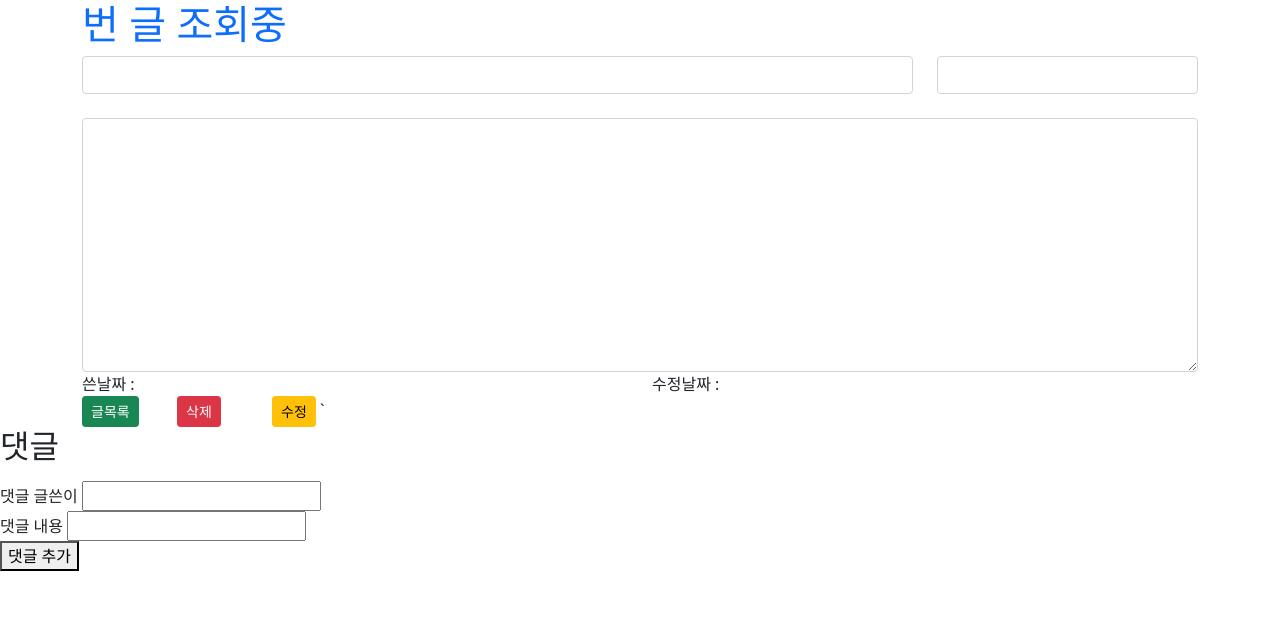
Repository: lee-ruru/spring_1
Page: http://localhost/SpringBoard/WEB-INF/views/board/boardDetail.jsp
These files come from the project's save history. The page is drawn as it stood at one moment and after the next save; the edit follows.
The browser window is 1280 px wide. The pictures show the whole page.
The page is served by Tomcat 9. Nobody is signed in. Other server files are loaded and not shown. The template is opened directly, without the code that normally fills it, so the values that code supplies are empty.

Above is the page before, as saved 2022-04-27 01:29:53.
Console error: SyntaxError: Unexpected token ';'

### SpringBoard/src/main/webapp/WEB-INF/views/board/boardDetail.jsp
<%@ page language="java" contentType="text/html; charset=UTF-8"
    pageEncoding="UTF-8"%>
<!DOCTYPE html>
<html>
<head>
<style>
	#modDiv{
	width: 300px;
	height: 100px;
	background-color: skyblue;
	position: absolute;
	top: 50%;
	left: 50%;
	margin-top: -50px;
	margin-left: -150px;
	padding: 10px;
	z-index: 1000;
	}
</style>
<!-- 부트스트랩 주소 -->
<link href="https://cdn.jsdelivr.net/npm/bootstrap@5.1.3/dist/css/bootstrap.min.css" rel="stylesheet" integrity="sha384-1BmE4kWBq78iYhFldvKuhfTAU6auU8tT94WrHftjDbrCEXSU1oBoqyl2QvZ6jIW3" crossorigin="anonymous">
<!-- 번들 -->
<script src="https://cdn.jsdelivr.net/npm/bootstrap@5.1.3/dist/js/bootstrap.bundle.min.js" integrity="sha384-ka7Sk0Gln4gmtz2MlQnikT1wXgYsOg+OMhuP+IlRH9sENBO0LRn5q+8nbTov4+1p" crossorigin="anonymous"></script>
<meta charset="UTF-8">
<title>Insert title here</title>
</head>
<body>
	<div class="container">
		<h1 class="text text-primary">${board.bno}번 글 조회중 </h1>
			<div class="row">
				<div class ="col-md-9">
			 		<input type ="text" class="form-control" value="${board.title}"/>
				</div>
				<div class ="col-md-3">
					<input type = "text" class="form-control" value="${board.writer }"/><br/>
				</div>
			</div>
			<textarea rows="10" class="form-control">${board.content }</textarea>
			<div class ="row">
				<div class="col-md-3">쓴날짜 : </div>
				<div class="col-md-3">${board.regdate }</div>
				<div class="col-md-3">수정날짜 : </div>
				<div class="col-md-3">${board.updatedate }</div>
			</div>

			<div class="row">
				<div class="col-md-1">
					<a href="/board/boardList/?pageNum=${param.pageNum == null ? 1 : param.pageNum}&searchType=${param.searchType }&keyword=${param.keyword}" class="btn btn-success btn-sm">글목록</a>
				</div>
				<div class ="col-md-1">
					<form action="/board/boardDelete" method="post">
						<input type ="hidden" name="bno" value="${board.bno }">
						<input type="hidden"  name="pageNum" value="${param.pageNum}"/>
						<input type="hidden"  name="searchType" value="${param.searchType}"/>
						<input type="hidden"  name="keyword" value="${param.keyword}"/>
						<input type="submit" value="삭제" class="btn btn-danger btn-sm">
					</form>
				</div>
				<div class = "col-md-1">
					<form action="/board/boardUpdateForm" method="post">
						<input type ="hidden" name="bno" value="${board.bno }">
						<input type="hidden"  name="pageNum" value="${param.pageNum}"/>
						<input type="hidden"  name="searchType" value="${param.searchType}"/>
						<input type="hidden"  name="keyword" value="${param.keyword}"/>
						<input type="submit" value="수정" class="btn btn-warning btn-sm">
	`				</form>
				</div>
			</div>
	</div>

	<!-- 댓글영역 -->
	<h2>댓글</h2>
	<!-- 댓글이 추가될 공간 -->
	<ul id="replies">

	</ul>
	<!-- 댓글작성 공간 -->
	<div>
		<div>
			댓글 글쓴이 <input type="text" name="relpyer" id="newReplyWriter">
		</div>
		<div>
			댓글 내용 <input type="text" name="reply" id="newReplyText">
		</div>
		<button id="replyAddBtn">댓글 추가</button>
	</div>

	<!-- modal은 일종의 팝업입니다.
	단, 새 창을 띄우지는 않고 css를 이용해 특정 태그가 조건부로 보이거나 안 보이도록 처리해서
	마치 창이 새로 띄워지는것처럼 만듭니다.
	따라서 눈에 보이지는 않아도 modal을 구성하는 태그 자체는 화면에 미리 적혀있어야 합니다.-->
	<div id="modDiv" style="display:none;">
		<div class="modal-title">
		</div>
		<div>
			<input type="text" id="reply">
		</div>
		<div>
			<button type="button" id="replyModBtn">수정</button>
			<button type="button" id="replyDelBtn">삭제</button>
			<button type="button" id="closeBtn">닫기</button>
		</div>
	</div>

	<!-- jquery  cdn 가져오기 -->
	<script src="https://ajax.googleapis.com/ajax/libs/jquery/3.6.0/jquery.min.js"></script>

	<!-- 여기부터 댓글 비동기 처리 자바스크립트 처리 영역 -->
	<script>
	var bno = ${board.bno};

	// 댓글 전체 가져오기
		function getAllList(){
		// $.getJSON은 입력한 주소에 get방식으로 요청을 넣습니다.
		// 주소 // 콜백함수 주소 요청으로 얻어온 json을 어떻게 처리할지
		$.getJSON("/replies/all/" + bno, function(data){
		// 문자열을 이용해 태그를 생성하거나 끼워넣을수 있으므로
		// 빈 문자열을 만들어놓고 거기에 댓글정보를 저장해 화면에 전송
		let str = "";

		// 데이터를 제대로 들고왔는지 디버깅
		console.log(data);

		// 들고 온 데이터를 반복해서 출력하기
		// $(JSON형식데이터).each => 내부 JSON을 향상된 for문 형식으로 처리합니다.
		// 역시 내부에 콜백함수(로직이 실행되었을때 추가로 실행할 구문을 정의하기위해 파라미터로 넣는 함수)
		// 를 이용해 data를 하나하나 향상된 for문형식으로 처리할때 실행구문을 적을 수 있습니다.
		$(data).each(function(){
		// 하나하나 반복되는 각 데이터는 this라는 키워드로 표현됩니다.
		// console.log("--------------------------");
		// console.log(this);
		str += "<li data-rno='" + this.rno + "' class='replyLi'>"
		+ this.rno + ":" + this.reply
		+ "<button>수정/삭제</button></li>";
		});

		// #replies사이에 끼워넣을수 있도록 console.log();로 디버깅
		console.log(str);
		$("#replies").html(str);
		});
		}
		getAllList(); // 댓글 전체 들거와서 #replies에 심어주는 로직 실행


		//댓글작성
		$("#replyAddBtn").on("click", function(){
		// 폼이 없기때문에, input태그 내에 입력된 요소를 가져와야 합니다.
		// 버튼을 누를는 시점에, 글쓴이와 내용 내부에 적힌 문자열을 변수에 저장합니다.
		var replyer = $("#newReplyWriter").val();
		var reply = $("#newReplyText").val();

		$.ajax({
		type : 'post',
		    url : '/replies',
		    headers: {
		     "Content-Type" : "application/json",
		     "X-Http-Method-Override" : "POST"
		    },
		    dataType : 'text',
		    data : JSON.stringify({
		bno : bno,
		replyer : replyer,
		reply : reply
		    }),
		    success : function(result){
		     if(result == 'SUCCESS'){

		     alert("등록 되었습니다.");
		     getAllList(); // 댓글 등록 성공시, 다시 목록 갱신
		     // 폼 태그 비우기.
		     // 힌트 : .val(넣을값)
		     var replyer = $("#newReplyWriter").val("");
		     var reply = $("#newReplyText").val("");

		     }
		    }

		 });

		});

		//이벤트 위임                 .relpyLi는 생략 가능
		$("#replies").on("click", ".replyLi button", function(){
		// 클릭한 요소가 this이고, 현재 button에 걸렸기 때문에
		// this는 button입니다. button의 부모가 바로 .replyLi입니다.
		// 즉, 클릭한 버튼과 연계된 li 태그를 replyteg 변수에 저장합니다.
		var replytag= $(this).parent();
		//console.log(replytag);

		// 클릭한 버튼과 연계된 li태그의 data-rno에 든 값 가져와 rno에 저장하기
		var rno = replytag.attr("data-rno");
		//console.log(rno);

		// rno뿐만 아니라 본문도 가져와야함
		var reply = replytag.text(); // 내부 text를 가져옴
		// alert(rno + " : " + reply); // 내부 text와 댓글번호를 alert으로 띄움

		$(".modal-title").html(rno); // modal-title 부분에 글번호 입력
		$("#reply").val(reply); // reply 영역에 리플 내용을 기입(수정/삭제)
		$("#modDiv").show("slow"); // 버튼 누르면 모달 열림
		});

		// 모달 창 닫기 이벤트
		$("#closeBtn").on("click", function(){ // #closeBtn 클릭시
		$("#modDiv").hide("slow"); // #modDiv를 닫습니다.
		});


		// 삭제 로직
		$("#replyDelBtn").on("click", function(){
			let rno = $(".modal-title").html();
		$.ajax({
			type : 'delete',
			url : '/replies/' + rno,
			header : {
			"X-HTTP-Method-Override" : "DELETE"
		},

		dataType : 'text',
			success : function(result){
			console.log("result: " + result);
				if(result == 'SUCCESS'){
					alert("삭제 되었습니다.");
					$("#modDiv").hide("slow");
					getAllList(); // 삭제된 댓글 반영한 새 댓글목록 갱신
					}
				}
			});
		});

		//수정로직
		$("#replyModBtn").on("click", function(){
			let rno = $(".modal-title").html();
			let reply = $("#reply").val();//댓글 내용을 가져와서 넣어줘야 수정가능

			$.ajax({
				type : 'patch',
				url : '/replies/' + rno,
				headers : {
					"Content-Type" : "application/json",//json자료를 추가로 입력받기때문에
					"X-HTTP-Method-Override" : "PATCH"
				},
				contentType: "applocation.json",
				data: JSON.stringify({reply:reply}),
				dataType : 'text',
				success : function(result){
					console.log("result: " + result);
					if(result == 'SUCCESS'){
						alert("수정 되었습니다.");
						$("#modDiv").hide("slow");
						getAllList();//수정된 댓글 반영한 댓글목록갱신
					}
				}
			});
		});

	</script>










</body>
</html>

After the next save:
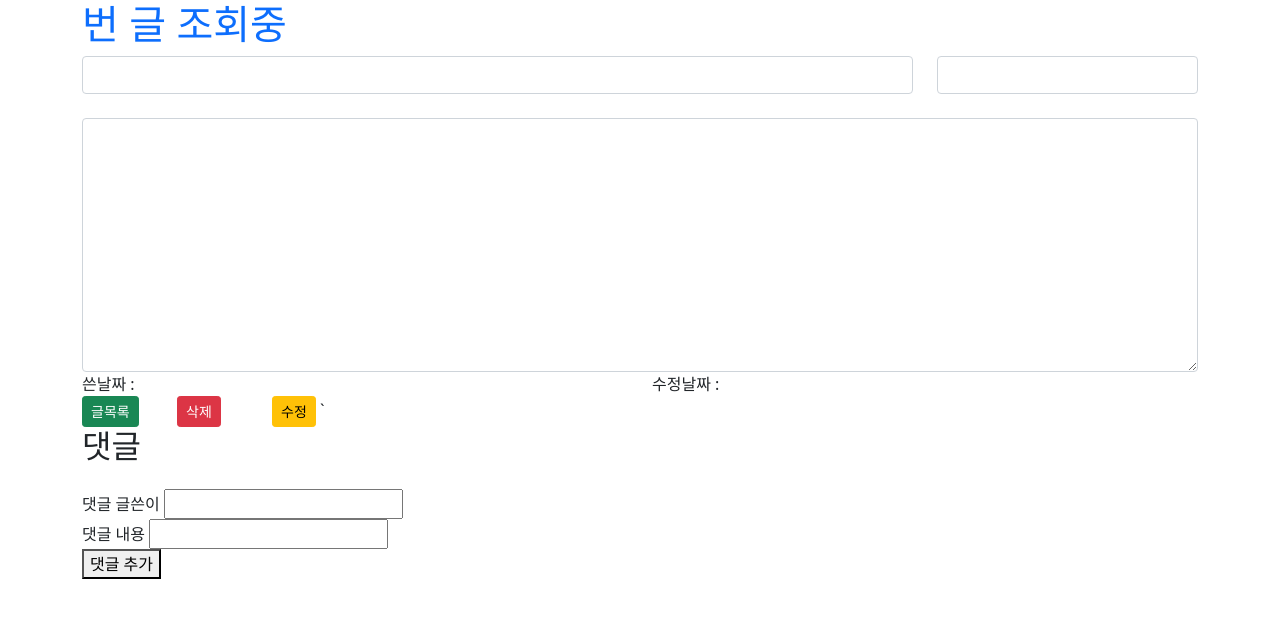
Saved 51 min 59 s later.
--- a/SpringBoard/src/main/webapp/WEB-INF/views/board/boardDetail.jsp
+++ b/SpringBoard/src/main/webapp/WEB-INF/views/board/boardDetail.jsp
@@ -66,14 +66,15 @@
 	`				</form>
 				</div>
 			</div>
-	</div>
 
 	<!-- 댓글영역 -->
 	<h2>댓글</h2>
 	<!-- 댓글이 추가될 공간 -->
+	<div class="row">
 	<ul id="replies">
 
 	</ul>
+	</div>
 	<!-- 댓글작성 공간 -->
 	<div>
 		<div>
@@ -101,6 +102,7 @@
 			<button type="button" id="closeBtn">닫기</button>
 		</div>
 	</div>
+	</div><!-- container -->
 
 	<!-- jquery  cdn 가져오기 -->
 	<script src="https://ajax.googleapis.com/ajax/libs/jquery/3.6.0/jquery.min.js"></script>
@@ -126,12 +128,29 @@
 		// 역시 내부에 콜백함수(로직이 실행되었을때 추가로 실행할 구문을 정의하기위해 파라미터로 넣는 함수)
 		// 를 이용해 data를 하나하나 향상된 for문형식으로 처리할때 실행구문을 적을 수 있습니다.
 		$(data).each(function(){
+			//4. 27 추가내용
+			// 날짜 처리를 위해 자바스크립트의 Date 객체를 이용합니다.
+			let timestamp = this.updatedate;
+			let date = new Date(timestamp);
+
+			let formattedTime = "게시일 : " + date.getFullYear()
+								+ "/" + (date.getMonth()+1)
+								+ "/" + date.getDate();
 		// 하나하나 반복되는 각 데이터는 this라는 키워드로 표현됩니다.
 		// console.log("--------------------------");
 		// console.log(this);
+		/*
+		전 코드
 		str += "<li data-rno='" + this.rno + "' class='replyLi'>"
 		+ this.rno + ":" + this.reply
 		+ "<button>수정/삭제</button></li>";
+		});*/
+		//좀더 정교하게다듬은 코드 4월27일
+		str += "<div class='replyLi' data-rno='" + this.rno + "'><strong>@"
+			+ this.replyer + "</strong> - " + formattedTime + "<br>"
+			+ "<div class='reply'>" + this.reply + "</div>"
+			+ "<button type='button' class='btn btn-info'>수정/삭제</button>"
+			+ "</div>";
 		});
 
 		// #replies사이에 끼워넣을수 있도록 console.log();로 디버깅
